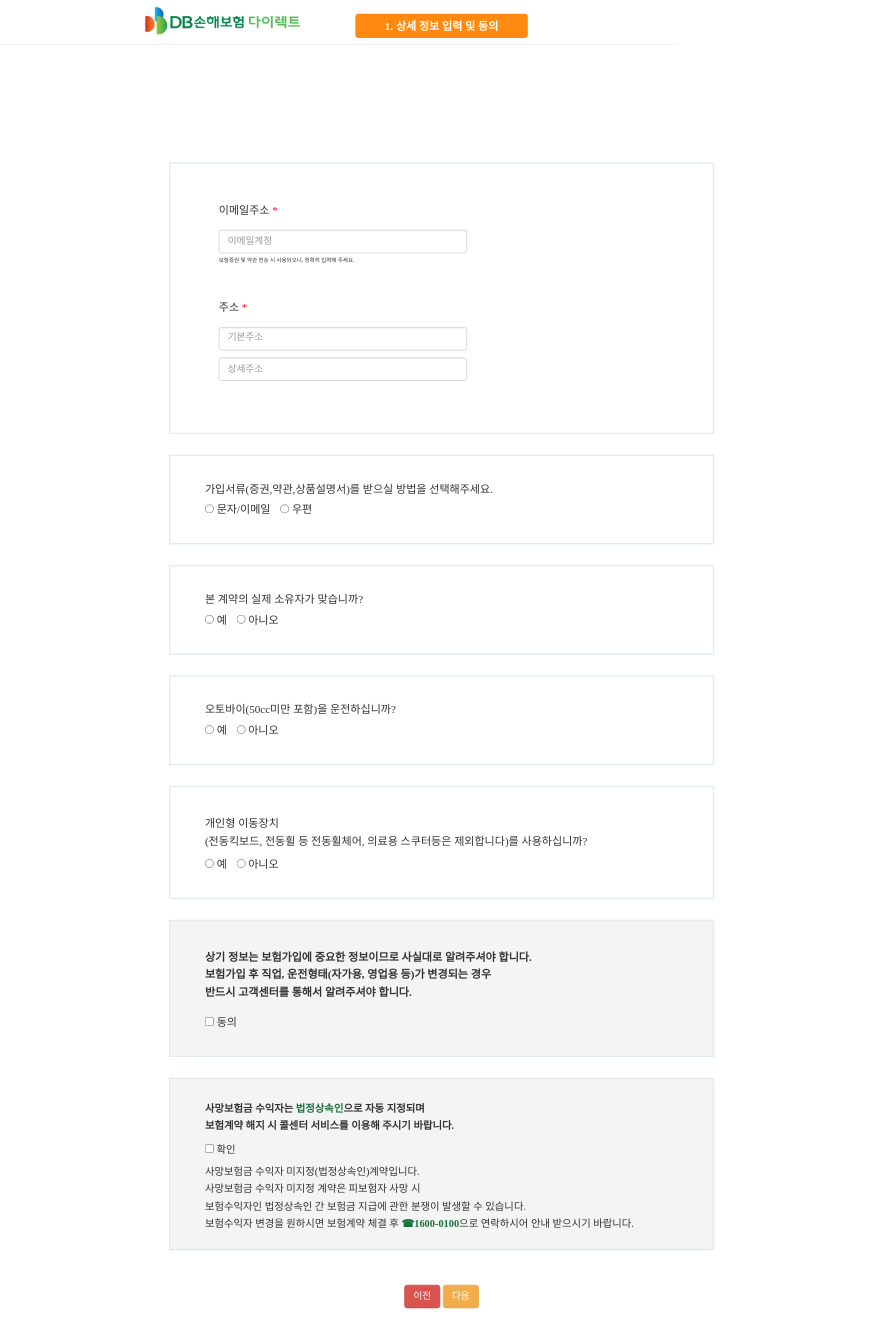
Repository: minho0324/directInsurance
Page: http://localhost/directClone/direct/details1
An editor plug-in stored every save of this project. The page is shown before and after the next save, followed by the edit.
The browser window is 1280 px wide. The pictures show the whole page, at 69% of full size.
The page is served by Tomcat 9.

Above is the page before, as saved 2021-11-22 03:55:32.

After the next save:
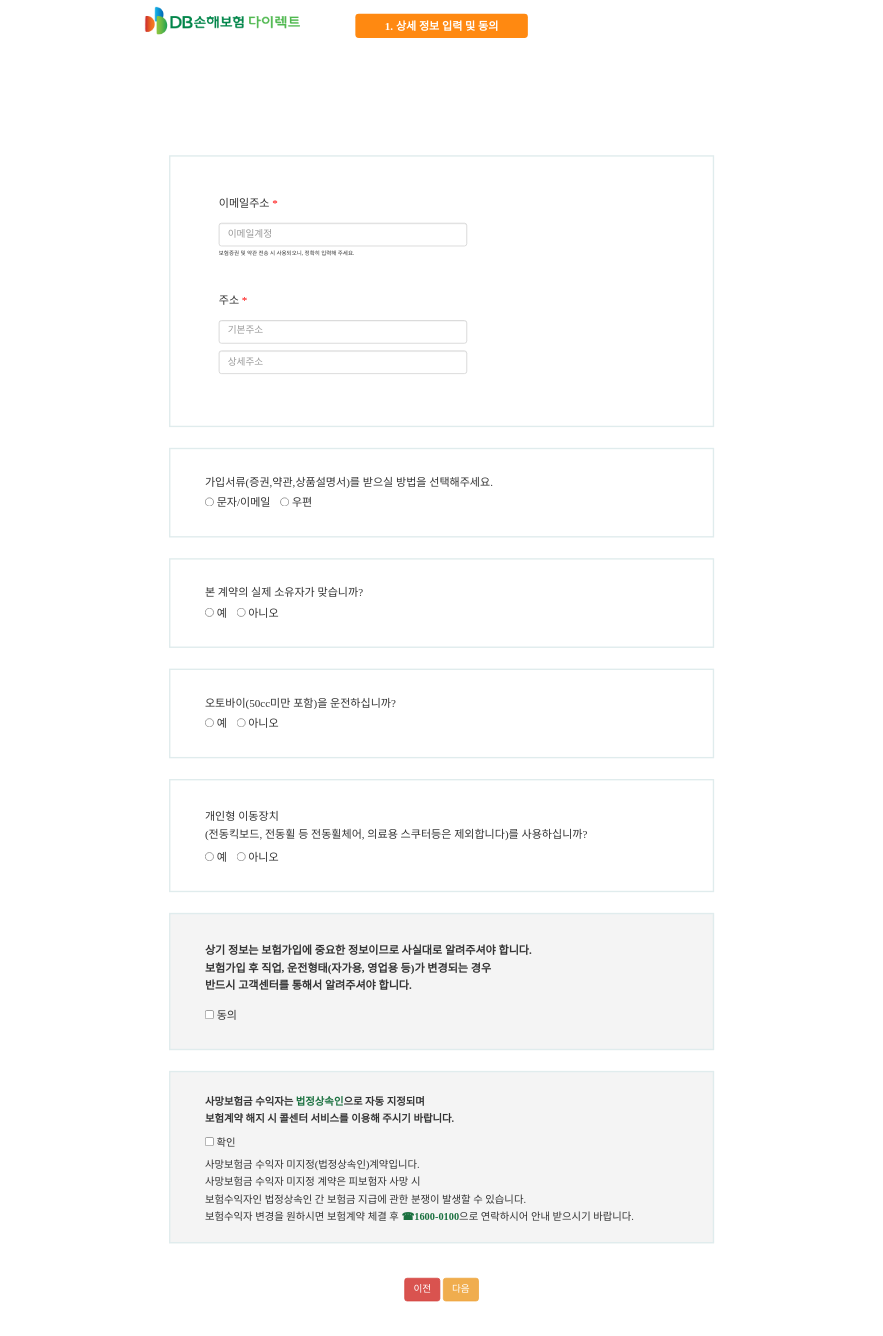
Saved 7 min 45 s later.
--- a/directClone/src/main/webapp/WEB-INF/views/details1.jsp
+++ b/directClone/src/main/webapp/WEB-INF/views/details1.jsp
@@ -20,7 +20,7 @@
 				<a href="<c:url value='/' />">
 					<img src="../resources/img/logo02.png">
 				</a>
-				<div class="progress_bar page-header">
+				<div class="progress_bar ">
 					<div class="progress_bar_inner ">
 						<p>1. 상세 정보 입력 및 동의</p>
 					</div>
